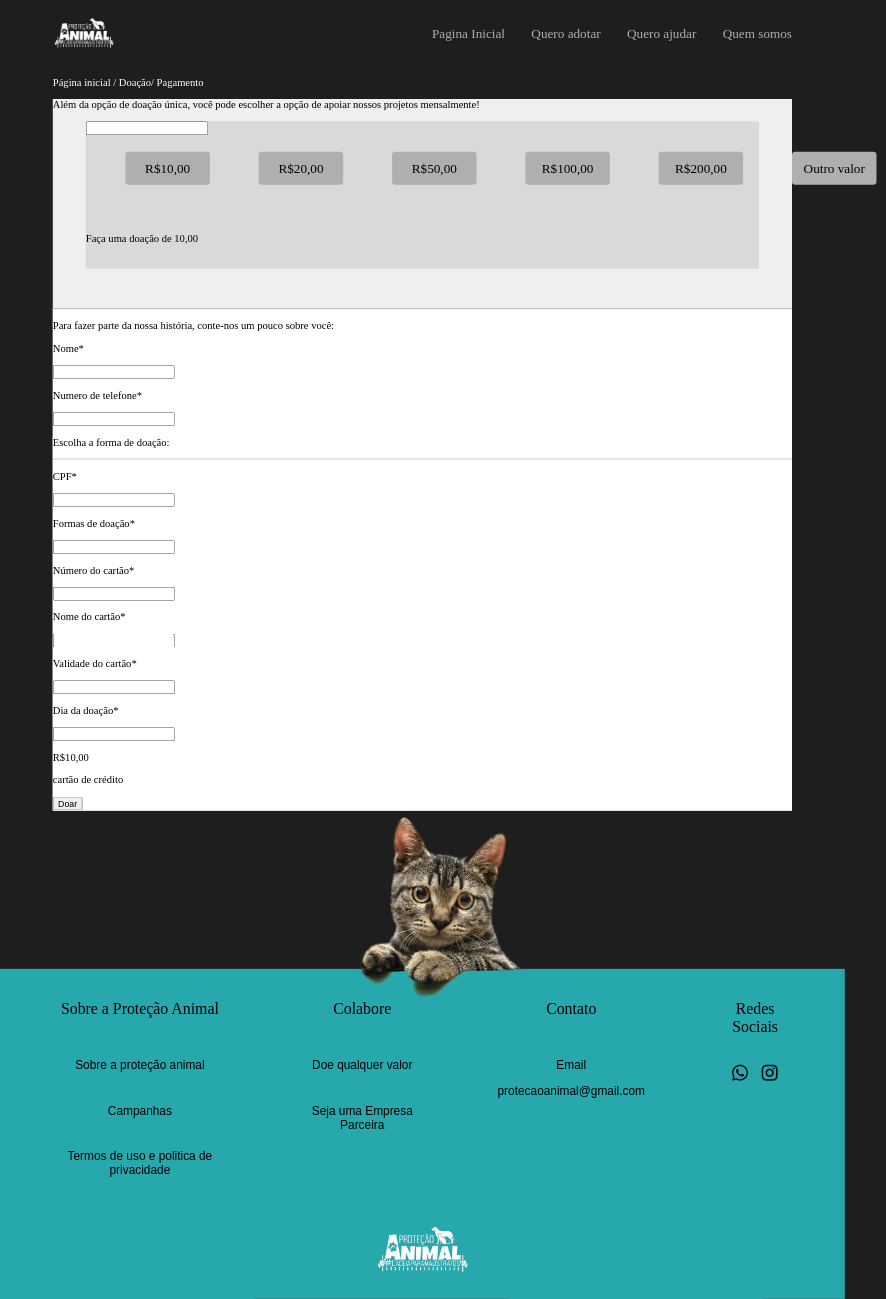
Repository: edjunior-nascimento/protecao-animal-web
Page: src/pages/formulario-doacao/index.html
The author's editor kept a copy of each file at every save. The page is drawn from the files as they stood at one save, then again after a run of saves.
The browser window is 1280 px wide. The page is 1342 px wide, so the pictures cover 1342 px, including what lies to the right of the window. The pictures show the whole page, at 66% of full size.

Above is the page before, as saved 2025-03-06 03:37:05.

### src/pages/formulario-doacao/index.html
<!DOCTYPE html>
<html lang="pt">

<head>
    <meta charset="UTF-8">
    <meta name="viewport" content="width=device-width, initial-scale=1.0">
    <title>Proteção Animal</title>
    <link rel="preconnect" href="https://fonts.googleapis.com" />
    <link rel="preconnect" href="https://fonts.gstatic.com" crossorigin />
    <meta name="viewport" content="width=device-width, initial-scale=1.0" />
    <link rel="stylesheet" href="./style.css" />
    <link>
</head>

<body>
    <header>
        <div><img class="logo" src="/src/pages/images/logo.png" alt="logo Protecao animal" /></div>
        <nav>
            <ul>
                <li>
                    <a href="#">
                        <p>Pagina Inicial</p>
                    </a>
                </li>
                <li>
                    <a href="#">
                        <p>Quero adotar</p>
                    </a>
                </li>
                <li>
                    <a href="#">
                        <p>Quero ajudar</p>
                    </a>
                </li>
                <li>
                    <a href="#">
                        <p>Quem somos</p>
                    </a>
                </li>
            </ul>
        </nav>
    </header>
    <main>
        <div class="title">
            <p>Página inicial / Doação/ Pagamento</p>
        </div>
        <div class="container">
            <div class="sub-title">
                <p>Além da opção de doação única, você pode escolher a opção de apoiar nossos projetos mensalmente!
                </p>
            </div>
            <div class="valor">
                <div class="cota">
                    <input type="text">
                </div>
                <nav class="cota-inicial">
                    <ul>
                        <li>
                            <a href="#">R$10,00</a></a>
                        </li>
                        <li>
                            <a href="#">R$20,00</a>
                        </li>
                        <li>
                            <a href="#">R$50,00</a>
                        </li>
                        <li>
                            <a href="#">R$100,00</a>
                        </li>
                        <li>
                            <a href="#">R$200,00</a>
                        </li>
                        <li>
                            <a href="#">Outro valor</a>
                        </li>
                    </ul>
                </nav>
                <div class="res"><span>Faça uma doação de 10,00</span>
                </div>
            </div>

            <div class="card">
                <hr class="pri-line">
                <div class="sub-title">
                    <p>Para fazer parte da nossa história, conte-nos um pouco sobre você:</p>
                </div>
                <div class="dados">
                    <form action="/send" method="post" target="_blank">
                        <label>
                            <p>Nome<span class="ast">*</span></p>
                            <input type="text" name="Nome" id="Nome*">
                        </label>
                        <label>
                            <p>Numero de telefone<span class="ast">*</span></p>
                            <input type="text" name="telefone" id="telefone">
                        </label>
                    </form>
                </div>
                <div class="card">
                    <div class="sub-title">
                        <p>Escolha a forma de doação:</p>
                    </div>
                    <hr>
                    <form action="/send" method="post" target="_blank">
                        <label>
                            <p>CPF<span>*</span></p>
                            <input type="number" name="cpf" id="cpf">
                        </label>
                        <label>
                            <p>Formas de doação<span>*</span></p>
                            <input type="text" name="forme-doacao" id="forme-doacao"></p>
                        </label>
                        <label>
                            <p>Número do cartão<span>*</span></p>
                            <input type="number" name="cartao" id="cartao">
                        </label>
                        <label>
                            <p>Nome do cartão<span>*</span></p>
                            <input type="text" name="nome-cartao" id="nome-cartao">
                        </label>
                        <label>
                            <p>Validade do cartão<span>*</span></p>
                            <input type="text" name="" id="">
                        </label>
                        <label>
                            <p>Dia da doação<span>*</span></p>
                            <input type="number" name="data" id="data">
                        </label>
                    </form>
                    <div class="resultado">
                        <div class="retorno">
                            <div class="res/doacao">
                                <p>R$10,00</p>
                            </div>
                            <div class="forma/pagamento">
                                <p>cartão de crédito</p>
                            </div>
                        </div>
                        <button>Doar</button>
                    </div>
                </div>
            </div>
        </div>
    </main>
    <div class="gato"><img src="/src/pages/images/gato.png" alt=""></div>
    <footer>
        <div class="footer-container">
            <div class="footer-primary">
                <div class="footer-section-1">
                    <div>
                        <h4>Sobre a Proteção Animal</h4>
                    </div>
                    <div>
                        <p><a href="">Sobre a proteção animal</a></p>
                    </div>
                    <div>
                        <p><a href="">Campanhas</a></p>
                    </div>
                    <div>
                        <p><a href="">Termos de uso e politica de privacidade</a></p>
                    </div>
                </div>
                <div class="footer-section-2">
                    <div>
                        <h4>Colabore</h4>
                    </div>
                    <div>
                        <p><a href="">Doe qualquer valor</a></p>
                    </div>
                    <div>
                        <p><a href="">Seja uma Empresa Parceira</a></p>
                    </div>
                </div>
                <div class="footer-section-3">
                    <div>
                        <h4>Contato</h4>
                    </div>
                    <div>
                        <p>Email</p>
                        <p><a href="mailto:protecaoanimal@gmail.com">protecaoanimal@gmail.com</a></p>
                    </div>
                </div>
                <div class="footer-section-4">
                    <div>
                        <h4>Redes Sociais</h4>
                    </div>
                    <div class="social-icons">
                        <div>
                            <a href=""><img src="/src/pages/images/whatsAppIcon.png" alt="" /></a>
                        </div>
                        <div>
                            <a href=""><img src="/src/pages/images/instagramIcon.png" alt="" /></a>
                        </div>
                    </div>
                </div>
            </div>
        </div>
        <div class="footer-secondary">
            <img src="/src/pages/images/logo.png" alt="" />
        </div>
    </footer>
</body>

</html>

### src/pages/formulario-doacao/style.css
:root {
    --main-bg-color: #1e1e1e;
    --title-color: #27a8ad;
    --subtitle-color: #ffffff;
    --box-color: #ffffff;
    --link-nav-color: #ffffff;
    --card-title-color: #27a8ad;
    --footer-background: #27a8ad;
    --footer-font-color: #000000;
    --maim-color: #EFEFEF;
    --card-nav-color:#D9D9D9;
    --nav-valor:#B0AFAF;
  }
  body {
    height: max-content;
    font-family: "Jockey One", serif;
    font-style: normal;
    margin: 0px;
    padding: 0px;
    background-color: var(--main-bg-color);
  }

  a {
    text-decoration: none;
  }

  header {
    height: 100px;
    display: flex;
    flex-direction: row;
    justify-content: space-between;
    padding-inline: 80px
  }
  header div {
    display: flex;
    align-items: center;
  }
  .logo {
    height: 95px;
    width: auto;
  }
  nav {
    width: auto;
    height: 100px;
    display: flex;
    align-items: center;
  }
  nav ul {
    list-style-type: none;
    display: flex;
    gap: 40px;
  }
  nav ul li a {
    color: var(--nav-valor);
    font-size: 20px;
    background-color: var(--card-nav-color);
  }


main {
  background-color:var(--main-bg-color) ;
  padding-left: 80px;
  padding-right: 80px;
}
.cota-inicial a {
  color: var(--footer-font-color);
  width: 128px;
  height: 50px;
  display: inline-block;
  text-align: center;
  line-height: 50px;
  background-color: var(--nav-valor);
  margin-left: 20px;
  border-radius: 5px;
}
.cota-inicial li {
  height: 50px;
  width: 162px;
}
.cota-inicial li :hover {
  background-color: var(--footer-background);
  color: var(--box-color);
}
.res {
  margin-top: 48px;
  padding-bottom: 36px;
}
  .pri-line {
    margin-top: 60px;
    mar
  }
.container {
  background-color: var(--maim-color);
}
.title {
  color: var(--subtitle-color);
}
.valor {
  margin-left: 50px;
  margin-right: 50px;
  background-color: var(--card-nav-color);
}
.valor nav {
  width: 100%;
}
.card {
  background-color: var(--box-color);
}




  .gato {
    margin-left: 42%;
    margin-bottom: -25px;
    height: 265px;
    max-width: auto;}

  footer {
    height: 500px;
    max-height: auto;
    background-color: var(--footer-background);
    padding-inline: 80px;
  }

  .footer-container {
      width: auto;
      height: 70%;
      display: flex;
      align-items: center;
      justify-content: center;
  }

  .footer-primary {
    display: flex;
    flex-direction: row;
    gap: 111px;
    align-items: flex-start;
    justify-content: center;
  }

  .footer-primary p a {
      color: var(--footer-font-color);
      font-family: "Arial", sans-serif;
  }

  .footer-primary h4 {
    font-size: 24px;
    font-weight: 400;
  }

  .footer-primary p {
      font-size: 18px;
      font-weight: 400;
      font-family: "Arial", sans-serif;
  }

  .footer-secondary {
    width: auto;
    height: 30%;
    display: flex;
    align-items: center;
    justify-content: center;
  }

  .footer-secondary img {
      height: 145px;
      width: auto
  }

  .footer-section-1, .footer-section-2, .footer-section-3, .footer-section-4 {
      display: flex;
      flex-direction: column;
      text-align: center;
      gap: 12px;
  }

  .footer-section-4 {
      align-items: center;
  }

  .social-icons {
      display: flex;
      flex-direction: row;
      gap: 20px;
  }

After the next 2 saves:
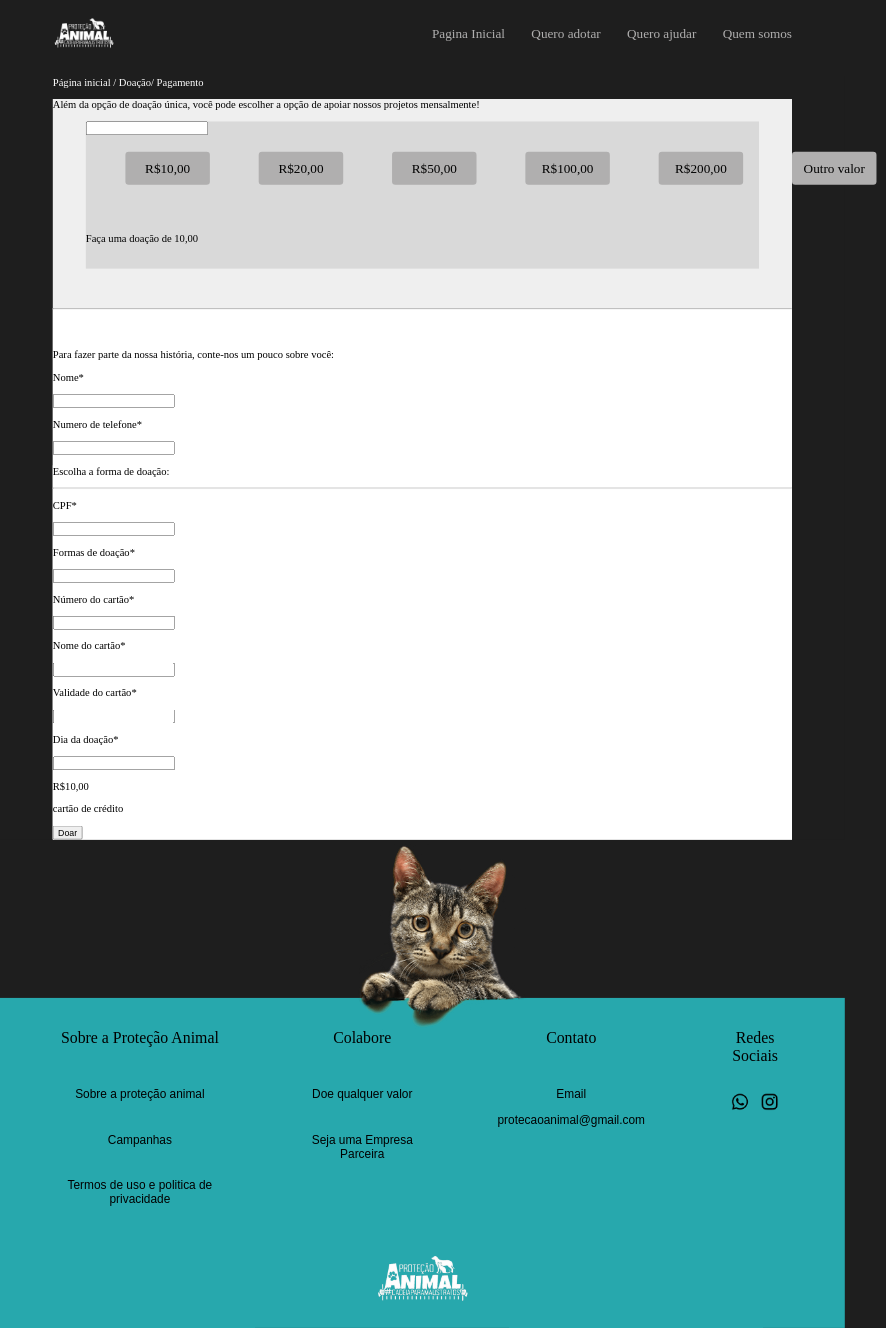
The 2 saves are shown as one change because they came seconds apart.
The last was saved 6 s later.
--- a/src/pages/formulario-doacao/style.css
+++ b/src/pages/formulario-doacao/style.css
@@ -87,7 +87,7 @@
 }
   .pri-line {
     margin-top: 60px;
-    mar
+    margin-bottom: 60px;
   }
 .container {
   background-color: var(--maim-color);

After the save that followed:
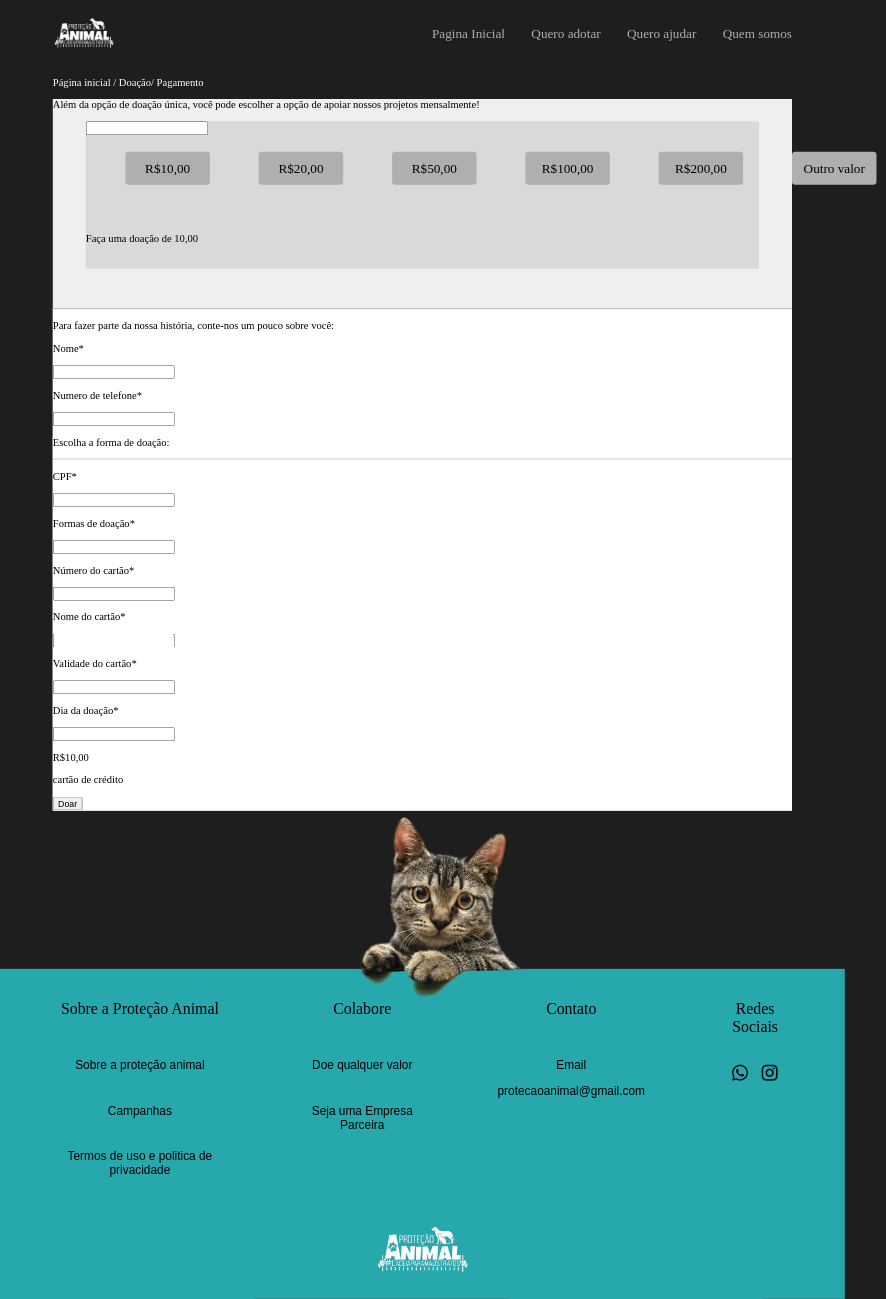
Saved 7 s later.
--- a/src/pages/formulario-doacao/style.css
+++ b/src/pages/formulario-doacao/style.css
@@ -87,7 +87,6 @@
 }
   .pri-line {
     margin-top: 60px;
-    margin-bottom: 60px;
   }
 .container {
   background-color: var(--maim-color);
